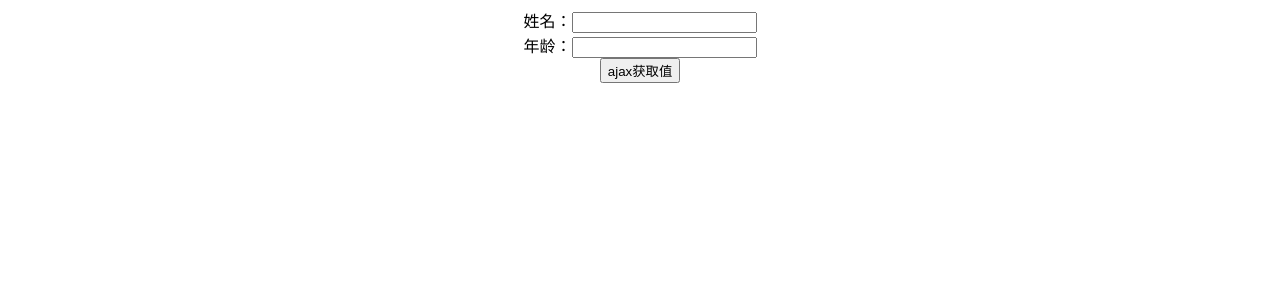
Repository: jsjchai/springmvc_study
Page: http://localhost/ajax03_json/
These files come from the project's save history. The page is drawn as it stood at one moment and after the next save; the edit follows.
The browser window is 1280 px wide. The pictures show the whole page.
The page is served by Tomcat 9.

Above is the page before, as saved 2015-04-08 07:10:22.

After the next save:
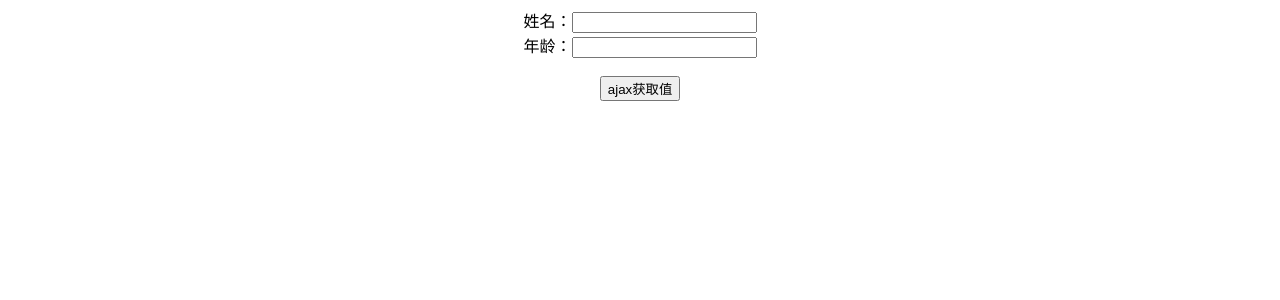
Saved 8 s later.
--- a/springmvc/Ajax&Json/ajax03_json/WebContent/index.jsp
+++ b/springmvc/Ajax&Json/ajax03_json/WebContent/index.jsp
@@ -20,7 +20,7 @@
 	<div style="text-align: center;">
 		<div>
 			姓名：<input type="text" name="name"><br>
-			年龄：<input type="text" name="age"><br>
+			年龄：<input type="text" name="age"><br><br>
 			<input type="button" id="button" value="ajax获取值" onchange="getNameAndAge()">
 		</div>
 	</div>
